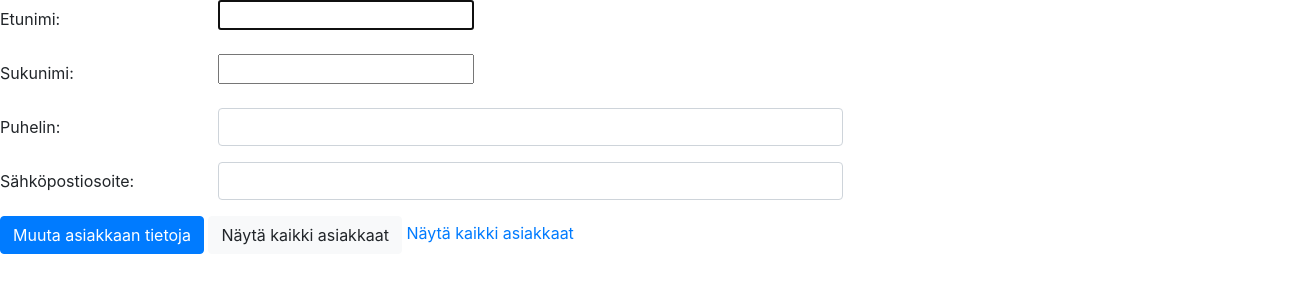
Repository: sarastu5/javaohjelmointi
Page: http://localhost/AsiakkaatWeb/muutaasiakas.jsp
These files come from the project's save history. The page is drawn as it stood at one moment and after the next save; the edit follows.
The browser window is 1280 px wide. The page is 1295 px wide, so the pictures cover 1295 px, including what lies to the right of the window. The pictures show the whole page.
Some web libraries are served in a nearby version. The page is served by Tomcat 9. The session is filled in as if someone had signed in: {"kayttaja": 1}.

Above is the page before, as saved 2018-05-04 18:56:27.

After the next save:
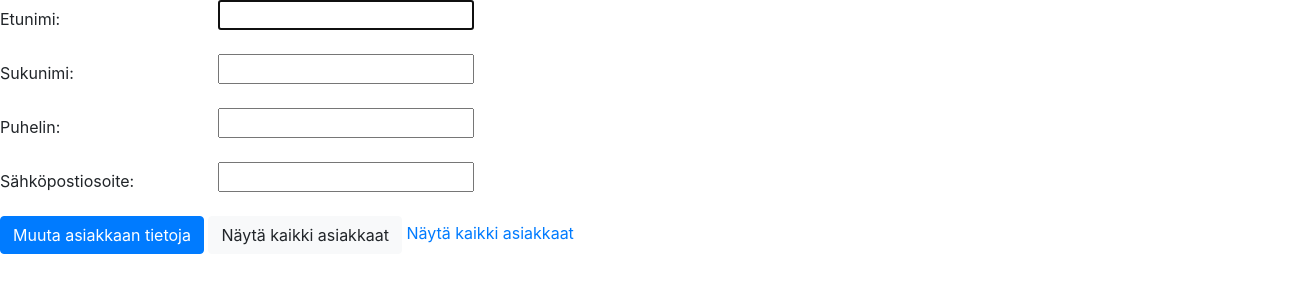
Saved 31 s later.
--- a/Java EE/AsiakkaatWeb/WebContent/muutaasiakas.jsp
+++ b/Java EE/AsiakkaatWeb/WebContent/muutaasiakas.jsp
@@ -53,13 +53,13 @@ if(request.getParameter("sposti")!= null){
 	  		<div class="form-group row">
 		   		<label for="puhelin" class="col-sm-2 col-form-label">Puhelin:</label>
 		    	<div class="col-sm-6">
-		      		<input type="text" class="form-control" name="puhelin" id="puhelin">
+		      		<input type="text" name="puhelin" id="puhelin" value="<%=puhelin%>">
 		    	</div>
 	  		</div>
 	  		<div class="form-group row">
 		   		<label for="sposti" class="col-sm-2 col-form-label">Sähköpostiosoite:</label>
 		    	<div class="col-sm-6">
-		      		<input type="text" class="form-control" name="sposti" id="sposti">
+		      		<input type="text" name="sposti" id="sposti" value="<%=sposti%>">
 		    	</div>
 	  		</div>
 	  		<button type="submit" class="btn btn-primary" value="lisää">Muuta asiakkaan tietoja</button>
